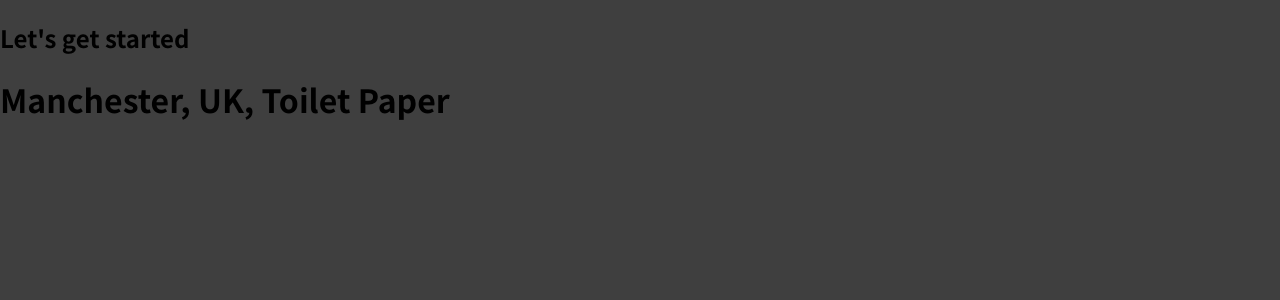
Repository: runner855/expense-tracker
Page: /
An editor plug-in stored every save of this project. The page is shown before and after the next save, followed by the edit.
The browser window is 1280 px wide. The pictures show the whole page.
The project was rebuilt for these pictures with package versions that can differ from the ones it lists, and the page was loaded fresh each time.

Above is the page before, as saved 2022-09-02 12:59:18.

### src/index.js
import React from 'react';
import ReactDOM from 'react-dom/client';
import expenses from './data/expenses.json';
import './styles/index.css';
import App from './components/App';

const root = ReactDOM.createRoot(document.getElementById('root'));
root.render(
  <React.StrictMode>
    <App expenses={expenses.expenses} location={expenses.location} />
  </React.StrictMode>
);

### src/data/expenses.json
{
  "location": {
    "city": "Manchester",
    "country": "UK"
  },
  "expenses": [
    {
      "id": "e1",
      "title": "Toilet Paper",
      "amount": 94.12,
      "date": "new Date(2020, 7, 14)"
    },
    {
      "id": "e2",
      "title": "New TV",
      "amount": 799.49,
      "date": "new Date(2021, 2, 12)"
    },
    {
      "id": "e3",
      "title": "Car Insurance",
      "amount": 294.67,
      "date": "new Date(2021, 2, 28)"
    },
    {
      "id": "e4",
      "title": "New Desk (Wooden)",
      "amount": 450,
      "date": "new Date(2021, 5, 12)"
    }
  ]
}

### src/components/App.js
import React from 'react';
import ExpenseItem from '../components/ExpenseItem';


const App = (props) => {
  console.log(props)





  return (
    <div className="App">
      <h2>Let's get started</h2>
      <ExpenseItem city={props.location.city} country={props.location.country} title={props.expenses[0].title} />



    </div>
  );
}

export default App;

### src/components/ExpenseItem.js
import React from 'react';
import '../styles/ExpenseItem.css'


const ExpenseItem = (props) => {

  const { city, country, title } = props;

  return <h1>{`${city}, ${country}, ${title}`}</h1>;
}

export default ExpenseItem;

### src/styles/ExpenseItem.css
.expense-item {
  display: flex;
  justify-content: space-between;
  align-items: center;
  box-shadow: 0 2px 8px rgba(0, 0, 0, 0.25);
  padding: 0.5rem;
  margin: 1rem 0;
  border-radius: 12px;
  background-color: #4b4b4b;
}

.expense-item__description {
  display: flex;
  flex-direction: column;
  gap: 1rem;
  align-items: flex-end;
  flex-flow: column-reverse;
  justify-content: flex-start;
  flex: 1;
}

.expense-item h2 {
  color: #3a3a3a;
  font-size: 1rem;
  flex: 1;
  margin: 0 1rem;
  color: white;
}

.expense-item__price {
  font-size: 1rem;
  font-weight: bold;
  color: white;
  background-color: #40005d;
  border: 1px solid white;
  padding: 0.5rem;
  border-radius: 12px;
}

@media (min-width: 580px) {
  .expense-item__description {
    flex-direction: row;
    align-items: center;
    justify-content: flex-start;
    flex: 1;
  }

  .expense-item__description h2 {
    font-size: 1.25rem;
  }

  .expense-item__price {
    font-size: 1.25rem;
    padding: 0.5rem 1.5rem;
  }
}

Loaded but not shown: public/index.html (common file); src/styles/index.css (common file)

After the next save:
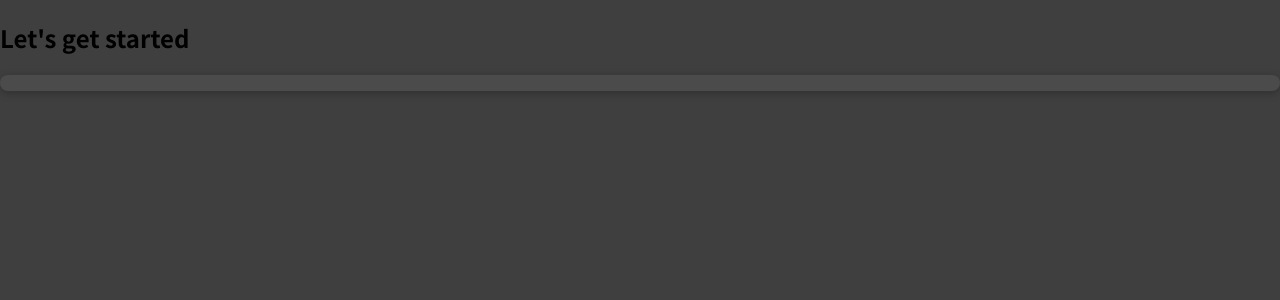
Saved 106 s later.
--- a/src/components/ExpenseItem.js
+++ b/src/components/ExpenseItem.js
@@ -4,9 +4,14 @@ import '../styles/ExpenseItem.css'
 
 const ExpenseItem = (props) => {
 
-  const { city, country, title } = props;
+  const { date, title, amount } = props;
 
-  return <h1>{`${city}, ${country}, ${title}`}</h1>;
+  return (
+    <div className='expense-item'>
+      <div className='expense-item__date'>
+        {date}
+      </div>
+    </div>)
 }
 
 export default ExpenseItem;
